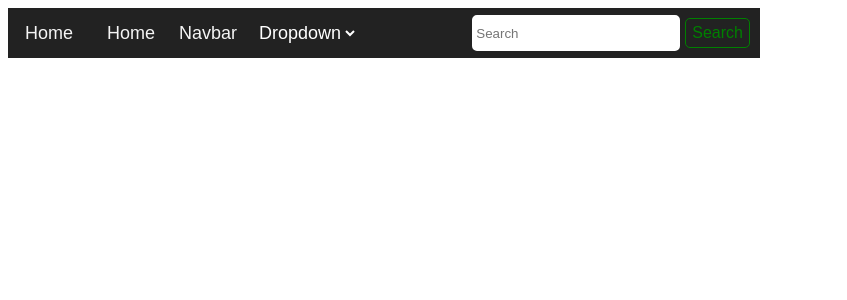
Repository: CryptoFamilyNFT/develhope
Page: html/svg.html
An editor plug-in stored every save of this project. The page is shown before and after the next save, followed by the edit.
The browser window is 768 px wide. The page is 768 px wide, then 847 px, so the pictures cover 847 px, including what lies to the right of the window. The pictures show the whole page.

Above is the page before, as saved 2024-11-02 10:55:37.

After the next save:
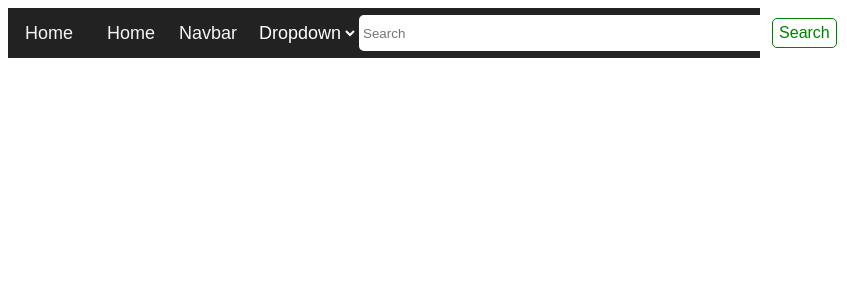
Saved 4 min 7 s later.
--- a/html/svg.html
+++ b/html/svg.html
@@ -50,7 +50,10 @@
         height: 60%;
         border: 2px solid white;
         border-radius: 5px;
-        min-width: 200px;
+        min-width: 400px;
+        @media (max-width: 780px) {
+            width: auto;
+        }
     }
 
     .buttonSearch {
